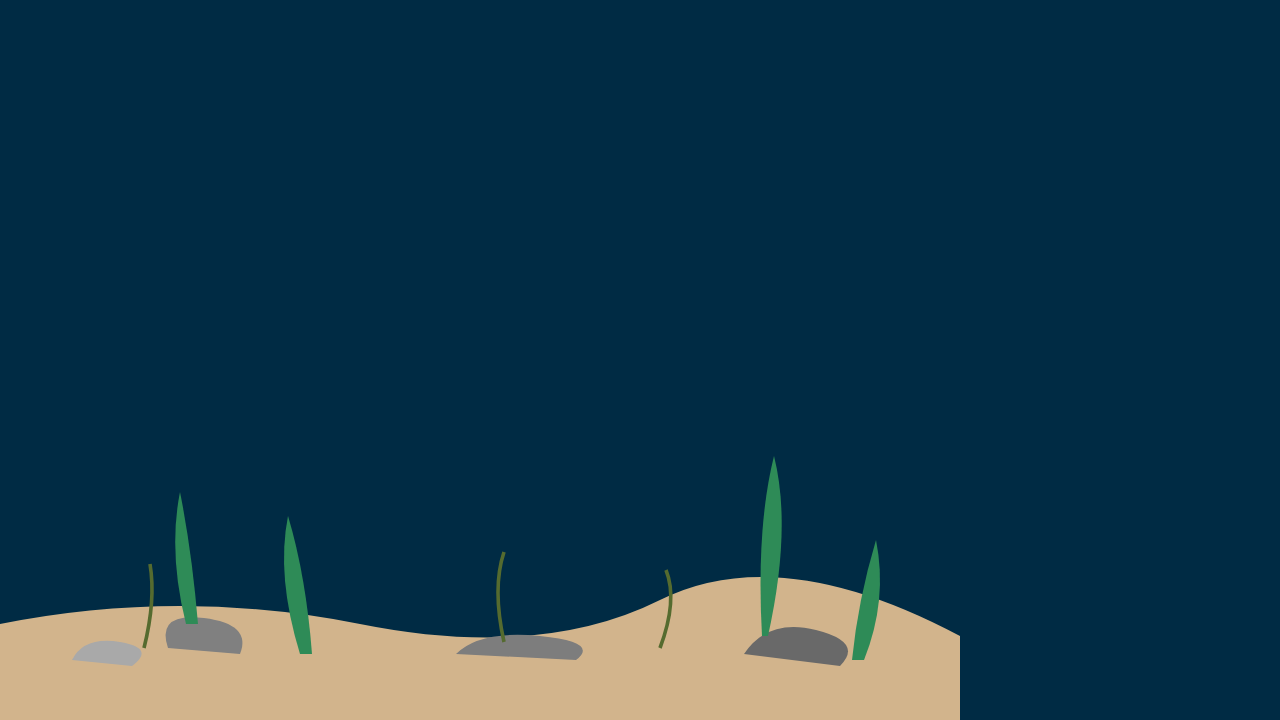
Repository: HOADF/kids-career-world
Page: index.html
An editor plug-in stored every save of this project. The page is shown before and after the next save, followed by the edit.
The browser window is 1280 px wide. The pictures show the whole page.

Above is the page before, as saved 2026-03-13 19:52:31.

### index.html
<!doctype html>
<html lang="ru">
<head>
  <meta charset="utf-8" />
  <meta name="viewport" content="width=device-width,initial-scale=1" />
  <title>Kids Career World</title>
  <link rel="stylesheet" href="style.css">
  <link rel="stylesheet" href="animations.css">
  <script type="module" src="script.js"></script>
</head>
<body>

  <img src="backgrounds/ocean_floor.svg" class="ocean-floor-global">
  <img src="pets/jellyfish.svg" class="jelly-global" id="main-pet-image">
  <img src="fx/bubbles.svg" class="bubble-stream stream-1">
  <img src="fx/bubbles.svg" class="bubble-stream stream-2">

  <main class="page-root">

    <section id="welcome-card" class="welcome-card">
      <h1>Привет-привет!</h1>
      <p class="lead">
        Я Медуза — твой добрый помощник 🪼<br>
        Давай ответим на вопросы и выберем тебе питомца!
      </p>
      <div style="display: flex; gap: 20px; justify-content: center; margin-top: 30px;">
        <button id="start-quiz" class="btn-primary">Давай дружить</button>
        <button id="learn-more" class="btn-ghost">Узнать больше</button>
      </div>
    </section>

    <section id="questions-section" class="questions-card hidden">
      <div id="progress">Вопрос <span id="q-index">1</span> из <span id="q-total">5</span></div>
      <h2 id="question-title" style="margin: 20px 0;">Загрузка...</h2>
      <div id="answers" style="display: grid; gap: 15px;"></div>
      <button id="btn-back" class="btn-ghost" style="margin-top: 20px;">◀ Назад</button>
    </section>

  </main>

</body>
</html>

### style.css
/* Главный файл стилей — "Оглавление" */
@import url('base.css');
@import url('components.css');
@import url('animations.css');
@import url('games-list.css');

### animations.css
/* ОБЩИЙ КОНТЕЙНЕР НА ВЕСЬ ЭКРАН */
html, body {
  margin: 0;
  padding: 0;
  width: 100vw;
  height: 100vh;
  overflow: hidden;
  background: #002b44; /* Глубокий синий на случай задержки загрузки */
}

/* СЛОИ ФОНА (Абсолютное позиционирование, чтобы не мешать тексту) */
.ocean-scene {
  position: fixed;
  top: 0;
  left: 0;
  width: 100%;
  height: 100%;
  z-index: 1;
}

.bg-full {
  position: absolute;
  width: 100%;
  height: 100%;
  object-fit: cover;
  z-index: 1;
}

.floor-full {
  position: absolute;
  bottom: 0;
  width: 100%;
  z-index: 2;
  filter: drop-shadow(0 -10px 20px rgba(0,0,0,0.5)); /* Тень для объема дна */
}

/* МЕДУЗА: Слева по центру, с мощной тенью */
.character-jelly {
  position: fixed;
  left: 5%;
  top: 35%;
  width: 220px;
  z-index: 10;
  animation: floatPet 5s ease-in-out infinite;
  /* Тройная тень для максимального ОБЪЕМА */
  filter:
    drop-shadow(0 15px 30px rgba(0,0,0,0.4))
    drop-shadow(0 5px 10px rgba(0,0,0,0.3));
}

@keyframes floatPet {
  0%, 100% { transform: translateY(0) rotate(-2deg); }
  50% { transform: translateY(-30px) rotate(2deg); }
}

/* ПУЗЫРЬКИ (Слои для объема) */
.bubbles {
  position: fixed;
  bottom: -50px;
  z-index: 3;
  opacity: 0.3;
}
.b-1 { left: 10%; animation: rise 8s infinite; }
.b-2 { left: 80%; animation: rise 12s infinite 2s; }

@keyframes rise {
  0% { transform: translateY(0); opacity: 0; }
  50% { opacity: 0.5; }
  100% { transform: translateY(-110vh); opacity: 0; }
}

/* ЦЕНТРАЛЬНАЯ КАРТОЧКА: Стеклянная и объемная */
.ui-layer {
  position: fixed;
  top: 0;
  left: 0;
  width: 100%;
  height: 100%;
  display: flex;
  justify-content: center;
  align-items: center;
  z-index: 20; /* Поверх фона и медузы */
  pointer-events: none; /* Чтобы можно было кликать сквозь контейнер на кнопки */
}

.glass-card {
  pointer-events: auto; /* Возвращаем кликабельность самой карточке */
  background: rgba(255, 255, 255, 0.1);
  backdrop-filter: blur(25px); /* Сильное размытие для эффекта дорогого стекла */
  -webkit-backdrop-filter: blur(25px);
  border: 1px solid rgba(255, 255, 255, 0.2);
  border-radius: 50px;
  padding: 60px;
  width: 90%;
  max-width: 550px;
  text-align: center;
  /* ОБЪЕМ КАРТОЧКИ: внешняя тень и внутренний блик */
  box-shadow:
    0 40px 100px rgba(0,0,0,0.5),
    inset 0 0 20px rgba(255,255,255,0.1);
}

h1 {
  color: white;
  font-size: 3rem;
  margin: 0 0 20px;
  text-shadow: 0 4px 10px rgba(0,0,0,0.3);
}

p {
  color: rgba(255,255,255,0.9);
  font-size: 1.2rem;
  line-height: 1.6;
  text-shadow: 0 2px 5px rgba(0,0,0,0.2);
}

/* КНОПКИ */
.btn-main {
  background: #ffaa44;
  color: white;
  border: none;
  padding: 18px 45px;
  border-radius: 40px;
  font-size: 1.2rem;
  font-weight: bold;
  cursor: pointer;
  box-shadow: 0 10px 20px rgba(255, 170, 68, 0.4);
  margin: 10px;
}

.btn-secondary {
  background: rgba(255,255,255,0.1);
  color: white;
  border: 2px solid white;
  padding: 18px 45px;
  border-radius: 40px;
  font-size: 1.2rem;
  font-weight: bold;
  cursor: pointer;
}

.hidden { display: none !important; }

### script.js
import { petAssets } from './config.js';
import { QuizManager } from './quiz.js';

document.addEventListener('DOMContentLoaded', () => {
    const quiz = new QuizManager();

    // Элементы интерфейса
    const welcomeCard = document.getElementById('welcome-card');
    const questionsSection = document.getElementById('questions-section');
    const resultSection = document.getElementById('result-section');
    const petRoom = document.getElementById('pet-room');

    // Кнопки
    const startBtn = document.getElementById('start-quiz');
    const btnRestart = document.getElementById('restart');
    const btnContinue = document.getElementById('continue');
    const btnBack = document.getElementById('btn-back');

    // Поля теста
    const qTitle = document.getElementById('question-title');
    const qAnswers = document.getElementById('answers');
    const qIndexEl = document.getElementById('q-index');
    const qTotalEl = document.getElementById('q-total');

    // Поля результата
    const resultPet = document.getElementById('result-pet');
    const resultGames = document.getElementById('result-games');
    const resultTitle = document.getElementById('result-title');

    // Слои мира (динамический фон)
    const bgImg = document.getElementById('bg-img');
    const floorImg = document.getElementById('floor-img');
    const mainPetImg = document.getElementById('pet-img');

    // 1. ПРОВЕРКА ВХОДА
    if (localStorage.getItem('childName') && petRoom) {
        welcomeCard?.classList.add('hidden');
        petRoom.classList.remove('hidden');
    }

    // 2. СБОРКА SVG ПИТОМЦА
    function assemblePet(type, markType = 'heart') {
        const body = petAssets.bodies[type] || petAssets.bodies['artist'];
        const mark = petAssets.marks[markType] || "";
        return `
        <svg viewBox="0 0 200 200" style="width:100%; height:100%;">
          ${body}
          <g class="accessory-layer">${mark}</g>
        </svg>`;
    }

    // 3. ОБНОВЛЕНИЕ ВИЗУАЛА МИРА
    function updateWorld(worldData, petType) {
        if (!worldData) return;

        // Плавная смена через прозрачность (если добавить transition в CSS)
        if (bgImg) bgImg.src = worldData.bg;
        if (floorImg) floorImg.src = worldData.floor;

        // Меняем главного персонажа на фоне
        if (mainPetImg) {
            mainPetImg.src = `pets/${petType}.svg`;
            // Если используешь SVG сборку для фона:
            // mainPetImg.parentElement.innerHTML = assemblePet(petType);
        }
    }

    // 4. ОТОБРАЖЕНИЕ ВОПРОСА
    function renderQuestion() {
        const q = quiz.getCurrentQuestion();
        const progress = quiz.getProgress();

        qIndexEl.textContent = progress.current;
        qTotalEl.textContent = progress.total;
        qTitle.textContent = q.text;
        qAnswers.innerHTML = '';

        q.answers.forEach(ans => {
            const btn = document.createElement('button');
            btn.className = 'answer-btn btn-primary'; // Используем наши новые стили
            btn.style.margin = "5px";
            btn.textContent = ans.text;

            btn.onclick = () => {
                const step = quiz.nextQuestion(ans.type);
                if (step.finished) {
                    showResult(step.result);
                } else {
                    renderQuestion();
                }
            };
            qAnswers.appendChild(btn);
        });

        if (btnBack) btnBack.disabled = progress.current === 1;
    }

    function showResult(result) {
        questionsSection.classList.add('hidden');
        resultSection.classList.remove('hidden');

        // Меняем фон и персонажа под результат
        updateWorld(result.data.world, result.type);

        resultTitle.textContent = `Твой друг: ${result.data.pet}`;
        resultPet.innerHTML = assemblePet(result.type, 'heart');
        resultGames.textContent = result.data.games;
    }

    // 5. СОБЫТИЯ
    startBtn?.addEventListener('click', () => {
        welcomeCard.classList.add('hidden');
        questionsSection.classList.remove('hidden');
        renderQuestion();
    });

    btnBack?.addEventListener('click', () => {
        if (quiz.prevQuestion()) renderQuestion();
    });

    btnRestart?.addEventListener('click', () => {
        quiz.reset();
        resultSection.classList.add('hidden');
        welcomeCard.classList.remove('hidden');
        // Возвращаем стандартный фон океана
        if (bgImg) bgImg.src = 'backgrounds/ocean.svg';
        if (floorImg) floorImg.src = 'backgrounds/ocean_floor.svg';
    });

    btnContinue?.addEventListener('click', () => {
        localStorage.setItem('childName', 'Друг');
        location.reload();
    });
});

### base.css
/* ---------- Базовые стили ---------- */
:root {
  --color-bg: #eaf9fb;
  --color-accent: #ffb44a;
  --color-text: #023436;
  --color-subtle: #0b6b6f;
  --color-white: #ffffff;
  --transition-fast: 0.3s ease;
  --transition-slow: 0.6s ease;
}

* {
  box-sizing: border-box;
  margin: 0;
  padding: 0;
}

html, body {
  width: 100%;
  height: 100%;
  font-family: system-ui, "Segoe UI", Roboto, sans-serif;
  color: var(--color-text);
  background-color: var(--color-bg);
  overflow-x: hidden;
}

.hidden {
  display: none !important;
}

.background-decor {
  position: fixed;
  top: 0;
  left: 0;
  width: 100%;
  height: 100%;
  background: linear-gradient(180deg, #eaf9fb 0%, #f8ffff 100%);
  z-index: -1;
}

.page-root {
  display: flex;
  flex-direction: column;
  align-items: center;
  justify-content: center;
  padding: 2rem;
  min-height: 100vh;
}

/* 📱 АДАПТИВНОСТЬ ПОД УСТРОЙСТВА */
@media (max-width: 700px) {
  .welcome-card { padding: 1.5rem; }
  .welcome-inner { flex-direction: column; text-align: center; }
  .controls { justify-content: center; }
}

@media (max-width: 480px) {
  body { font-size: 14px; padding: 0.5rem; }
  .welcome-card, .questions-card, .result-card { padding: 1rem; border-radius: 1rem; }
  .welcome-card h1 { font-size: 1.4rem; line-height: 1.4; }
  .welcome-text p { font-size: 0.95rem; }
  .controls { flex-direction: column; gap: 0.75rem; }
  button { width: 100%; font-size: 1rem; padding: 0.8rem; }
  .pet-visual { width: 120px; height: 120px; }
}

@media (min-width: 481px) and (max-width: 768px) {
  body { font-size: 16px; padding: 1rem; }
  .welcome-card, .questions-card, .result-card { padding: 1.5rem; }
  .welcome-card h1 { font-size: 1.8rem; }
  .welcome-text p { font-size: 1rem; }
  button { font-size: 1rem; padding: 0.9rem 1.2rem; }
  .pet-visual { width: 150px; height: 150px; }
}

@media (min-width: 769px) and (max-width: 1200px) {
  body { font-size: 18px; padding: 1.5rem; }
  .welcome-card, .questions-card, .result-card { padding: 2rem; }
  .welcome-card h1 { font-size: 2rem; }
  .pet-visual { width: 180px; height: 180px; }
}

@media (min-width: 1201px) {
  body { font-size: 20px; max-width: 960px; margin: 0 auto; }
  .welcome-card, .questions-card, .result-card { border-radius: 2rem; }
  .pet-visual { width: 200px; height: 200px; }
}

### components.css
/* ---------- Карточки и Кнопки ---------- */
.welcome-card,
.questions-card,
.result-card {
  background: var(--color-white);
  border-radius: 24px;
  box-shadow: 0 6px 20px rgba(0, 0, 0, 0.08);
  max-width: 900px;
  width: 100%;
  padding: 2rem 3rem;
  display: flex;
  flex-direction: column;
  justify-content: center;
  animation: fadeIn var(--transition-slow);
}

.welcome-inner { display: flex; align-items: center; gap: 2rem; flex-wrap: wrap; justify-content: center; }
.welcome-text { flex: 1 1 400px; text-align: left; }

h1, h2 { font-weight: 700; color: var(--color-subtle); margin-bottom: 1rem; }
.lead { font-size: 1.1rem; line-height: 1.6; margin-bottom: 1.5rem; }

.controls { display: flex; gap: 1rem; flex-wrap: wrap; margin-bottom: 1rem; }

.btn-primary, .btn-ghost {
  font-size: 1rem; border-radius: 12px; padding: 0.8rem 1.6rem;
  cursor: pointer; transition: all var(--transition-fast); border: none;
}
.btn-primary { background: var(--color-accent); color: var(--color-white); }
.btn-primary:hover { background: #ff9f1a; transform: translateY(-2px); }
.btn-ghost { background: transparent; color: var(--color-subtle); border: 2px solid var(--color-subtle); }
.btn-ghost:hover { background: var(--color-subtle); color: var(--white); transform: translateY(-2px); }

.small { padding: 0.5rem 1rem; font-size: 0.9rem; }
.meta-note { font-size: 0.9rem; color: #555; opacity: 0.8; }

/* ---------- Опрос и Результат ---------- */
.questions-inner, .result-inner { display: flex; flex-direction: column; align-items: center; gap: 1rem; }
.progress { font-size: 0.95rem; color: #666; }
.question-title { font-size: 1.2rem; text-align: center; margin-bottom: 1rem; }

.answers { display: flex; flex-direction: column; gap: 0.8rem; width: 100%; max-width: 600px; }
.answers button {
  background: var(--color-bg); border: 2px solid transparent; border-radius: 12px;
  padding: 0.8rem 1.2rem; text-align: left; transition: all var(--transition-fast); font-size: 1rem;
}
.answers button:hover { border-color: var(--color-accent); background: #fff8f0; transform: translateY(-1px); }
.answers button.selected { border-color: var(--color-accent); background: #fff1de; }

.nav-row, .result-controls { display: flex; justify-content: space-between; width: 100%; max-width: 600px; margin-top: 1rem; }
.result-pet { margin-top: 1rem; font-size: 1.1rem; }
.result-games { font-size: 1rem; color: #333; }

### games-list.css
.games-container {
  display: flex;
  flex-wrap: wrap;
  gap: 16px;
  justify-content: center;
}

.game-card {
  width: 220px;
  background: #fff;
  border-radius: 14px;
  padding: 12px;
  box-shadow: 0 6px 14px rgba(0,0,0,0.1);
  text-align: center;
}

.game-card img {
  width: 100%;
  border-radius: 10px;
}

.play-btn {
  display: inline-block;
  margin-top: 8px;
  background: #4fc3f7;
  color: #fff;
  padding: 8px 12px;
  border-radius: 8px;
  text-decoration: none;
  font-weight: bold;
}

.play-btn:hover {
  transform: translateY(-2px);
}

.level {
  color: #555;
  font-size: 14px;
  margin-top: 4px;
}

.main-layout {
  display: flex;
  justify-content: space-between;
  align-items: flex-start;
  gap: 32px;
  max-width: 1200px;
  margin: 0 auto;
  padding: 20px;
}

.welcome-card {
  flex: 1 1 50%;
  min-width: 400px;
}

.games-panel {
  flex: 1 1 50%;
  min-width: 400px;
}

.games-container {
  display: flex;
  flex-wrap: wrap;
  gap: 16px;
  justify-content: center;
}

.game-card {
  width: 200px;
  background: #fff;
  border-radius: 14px;
  padding: 12px;
  box-shadow: 0 6px 14px rgba(0,0,0,0.1);
  text-align: center;
}

### quiz.js
import { questions, results } from './config.js';

export class QuizManager {
    constructor() {
        this.currentQuestion = 0;
        this.answersGiven = [];
    }

    getCurrentQuestion() {
        return questions[this.currentQuestion];
    }

    nextQuestion(answerType) {
        this.answersGiven[this.currentQuestion] = answerType;
        if (this.currentQuestion < questions.length - 1) {
            this.currentQuestion++;
            return { finished: false };
        }
        return { finished: true, result: this.calculateResult() };
    }

    prevQuestion() {
        if (this.currentQuestion > 0) {
            this.currentQuestion--;
            return true;
        }
        return false;
    }

    calculateResult() {
        const counts = {};
        this.answersGiven.forEach(t => counts[t] = (counts[t] || 0) + 1);
        const topType = Object.keys(counts).reduce((a, b) => counts[a] > counts[b] ? a : b);
        return { type: topType, data: results[topType] };
    }

    reset() {
        this.currentQuestion = 0;
        this.answersGiven = [];
    }

    getProgress() {
        return {
            current: this.currentQuestion + 1,
            total: questions.length
        };
    }
}

Loaded but not shown: pets/jellyfish.svg (23 lines, source omitted); backgrounds/ocean_floor.svg (30 lines, source omitted); backgrounds/ocean.svg (17 lines, source omitted); fx/bubbles.svg (10 lines, source omitted); config.js (176 lines, source omitted)

After the next save:
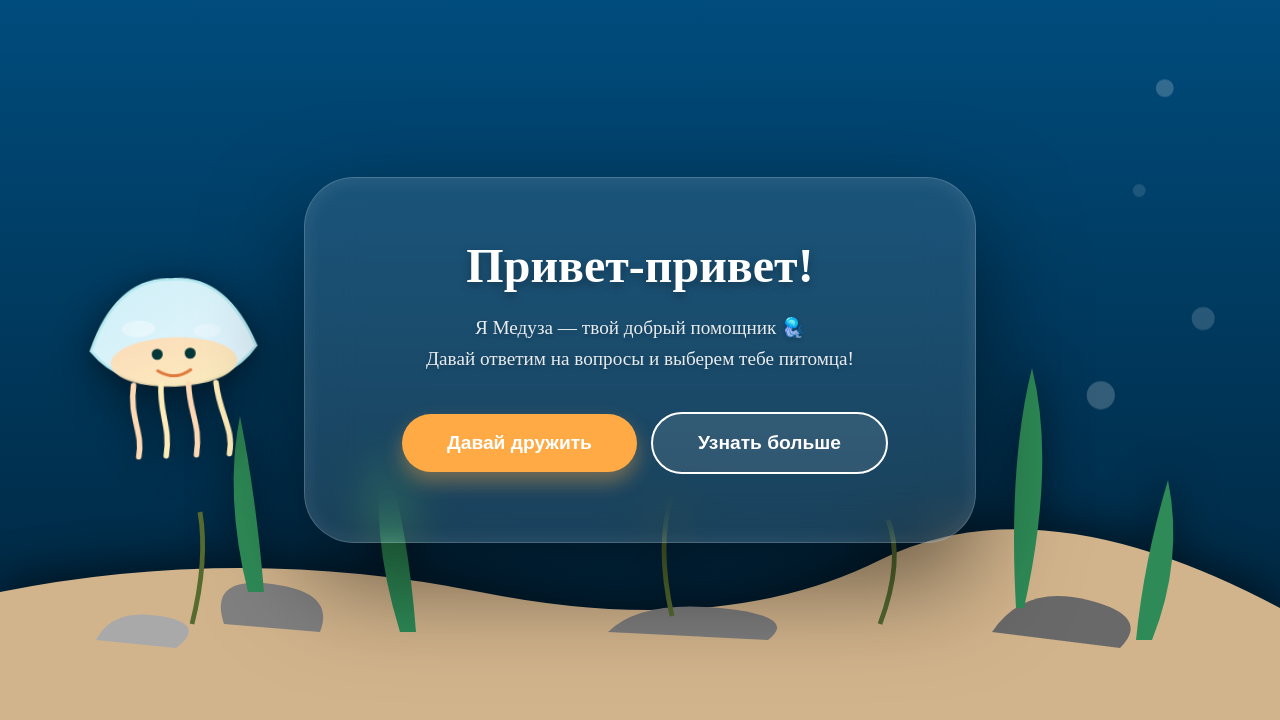
Saved 24 s later.
--- a/index.html
+++ b/index.html
@@ -1,42 +1,35 @@
-<!doctype html>
+<!DOCTYPE html>
 <html lang="ru">
 <head>
-  <meta charset="utf-8" />
-  <meta name="viewport" content="width=device-width,initial-scale=1" />
-  <title>Kids Career World</title>
-  <link rel="stylesheet" href="style.css">
-  <link rel="stylesheet" href="animations.css">
-  <script type="module" src="script.js"></script>
+    <meta charset="UTF-8">
+    <title>Kids Career World</title>
+    <link rel="stylesheet" href="animations.css">
+    <script type="module" src="script.js"></script>
 </head>
 <body>
 
-  <img src="backgrounds/ocean_floor.svg" class="ocean-floor-global">
-  <img src="pets/jellyfish.svg" class="jelly-global" id="main-pet-image">
-  <img src="fx/bubbles.svg" class="bubble-stream stream-1">
-  <img src="fx/bubbles.svg" class="bubble-stream stream-2">
+    <div class="ocean-scene">
+        <img src="backgrounds/ocean.svg" class="bg-full">
+        <img src="backgrounds/ocean_floor.svg" class="floor-full">
+        <img src="fx/bubbles.svg" class="bubbles b-1">
+        <img src="fx/bubbles.svg" class="bubbles b-2">
+    </div>
 
-  <main class="page-root">
+    <img src="pets/jellyfish.svg" class="character-jelly" id="main-pet">
 
-    <section id="welcome-card" class="welcome-card">
-      <h1>Привет-привет!</h1>
-      <p class="lead">
-        Я Медуза — твой добрый помощник 🪼<br>
-        Давай ответим на вопросы и выберем тебе питомца!
-      </p>
-      <div style="display: flex; gap: 20px; justify-content: center; margin-top: 30px;">
-        <button id="start-quiz" class="btn-primary">Давай дружить</button>
-        <button id="learn-more" class="btn-ghost">Узнать больше</button>
-      </div>
-    </section>
-
-    <section id="questions-section" class="questions-card hidden">
-      <div id="progress">Вопрос <span id="q-index">1</span> из <span id="q-total">5</span></div>
-      <h2 id="question-title" style="margin: 20px 0;">Загрузка...</h2>
-      <div id="answers" style="display: grid; gap: 15px;"></div>
-      <button id="btn-back" class="btn-ghost" style="margin-top: 20px;">◀ Назад</button>
-    </section>
-
-  </main>
+    <div class="ui-layer">
+        <section id="welcome-card" class="glass-card">
+            <h1>Привет-привет!</h1>
+            <p>
+                Я Медуза — твой добрый помощник 🪼<br>
+                Давай ответим на вопросы и выберем тебе питомца!
+            </p>
+            <div style="margin-top: 30px;">
+                <button id="start-quiz" class="btn-main">Давай дружить</button>
+                <button id="learn-more" class="btn-secondary">Узнать больше</button>
+            </div>
+        </section>
+    </div>
 
 </body>
 </html>
